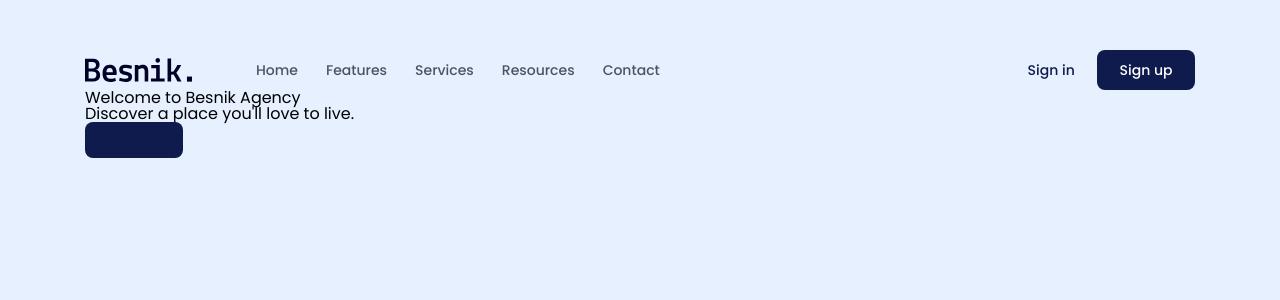
Repository: trungnguyen131/froject-01
Page: index.html
These files come from the project's save history. The page is drawn as it stood at one moment and after the next save; the edit follows.
The browser window is 1280 px wide. The pictures show the whole page.

Above is the page before, as saved 2024-02-25 23:25:57.

After the next save:
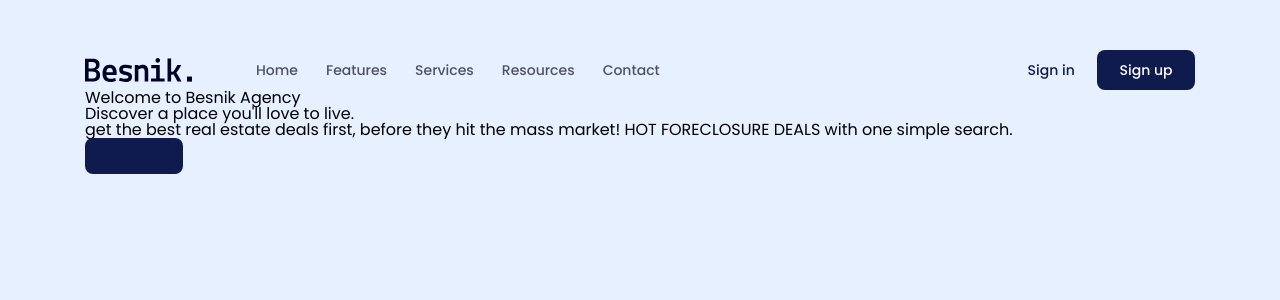
Saved 8 s later.
--- a/index.html
+++ b/index.html
@@ -35,7 +35,8 @@
                         <p class="sub-title">Welcome to Besnik Agency</p>
                         <h1 class="title">Discover a place
                             you'll love to live.</h1>
-                        <p class="desc"></p>
+                        <p class="desc">get the best real estate deals first,
+                            before they hit the mass market! HOT FORECLOSURE DEALS with one simple search.</p>
                         <a href="#!" class="btn"></a>
                     </div>
                 </div>
